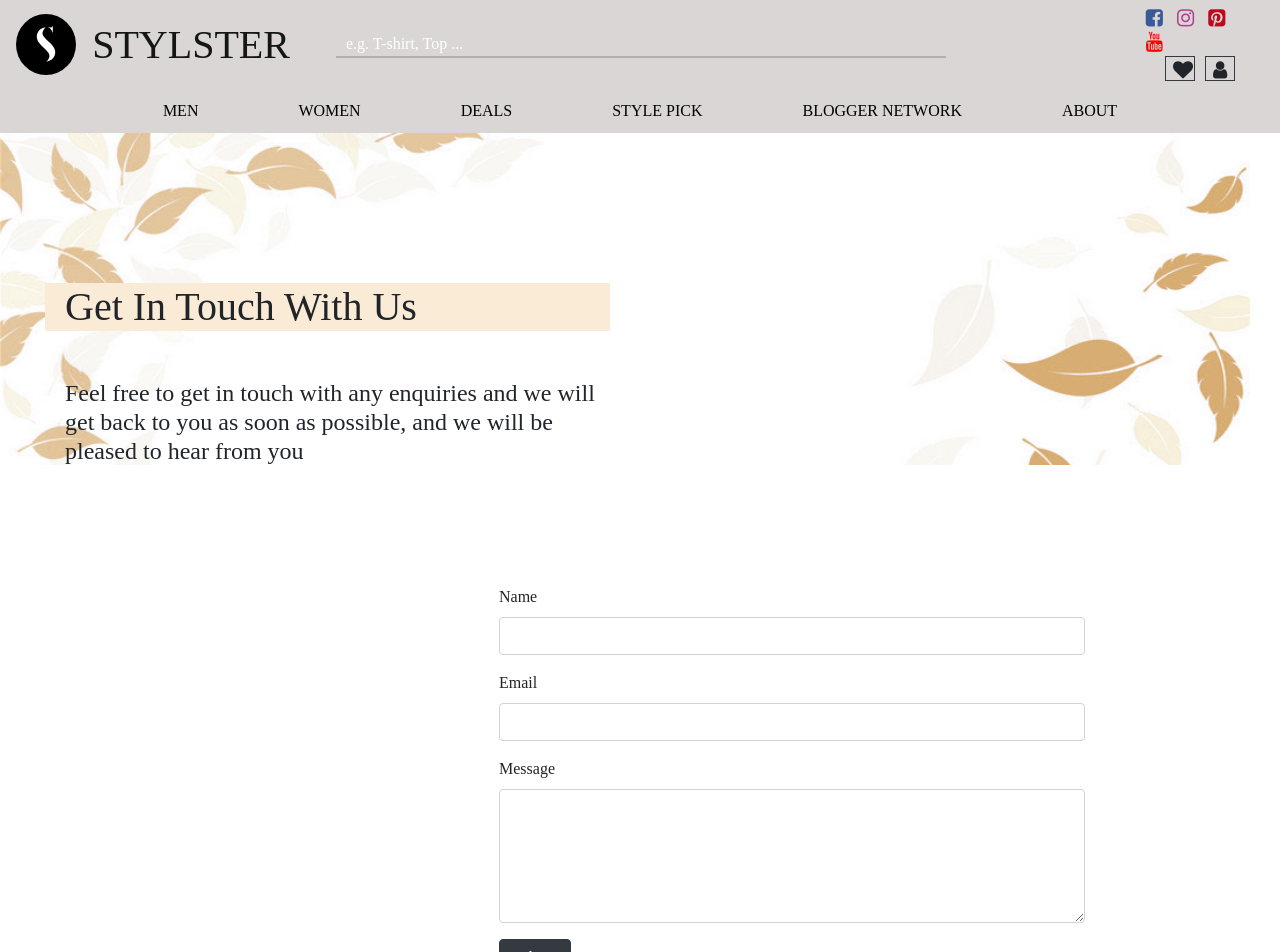
Repository: Lovekr/stylester
Page: stylster_frontend_design/contact.html
The author's editor kept a copy of each file at every save. The page is drawn from the files as they stood at one save, then again after the next save.
The browser window is 1280 px wide. The pictures show the part of the page from y = 0 to 952 px (the page is 1961 px tall).
A picture or video elsewhere on the page could not be fetched, so the positions and the page height are approximate. Some web fonts or font styles are not loaded; a fallback is used.

Above is the page before, as saved 2020-03-04 10:33:49.

### stylster_frontend_design/contact.html
<!DOCTYPE html>
<html lang="en">
<head>
    <meta charset="UTF-8">
    <meta name="viewport" content="width=device-width, initial-scale=1.0">
    <link rel="stylesheet" href="https://stackpath.bootstrapcdn.com/bootstrap/4.4.1/css/bootstrap.min.css" >
     <link rel="stylesheet" href="./css/owl.carousel.css">
     <link rel="stylesheet" href="./css//owl.theme.default.min.css">
     <link rel="stylesheet" href="https://cdnjs.cloudflare.com/ajax/libs/font-awesome/4.7.0/css/font-awesome.min.css">
    <link rel="stylesheet" href="./css/contact.css">
    <title>STYLSTER</title>
</head>
<body>



    <div id="navbar">
        <nav class="navbar navbar-expand-lg navbar-light">
            <img class="pr-3"  src="./asset/stylster logo1-01.svg"><a class="navbar-brand" href="#">STYLSTER</a>

          <button class="navbar-toggler" type="button" data-toggle="collapse" data-target="#navbarSupportedContent" aria-controls="navbarSupportedContent" aria-expanded="false" aria-label="Toggle navigation">
            <span class="navbar-toggler-icon"></span>
        </button>
            <div class="collapse navbar-collapse" id="navbarSupportedContent">
              <input type="text" placeholder="e.g. T-shirt, Top ...">
              <div class="navbar-manu-inside">
                <a href="#">MEN</a>
                <a href="#">WOMEN</a>
                <a href="#">DEALS</a>
                <a href="#">STYLE PICK</a>
                <a href="#">BLOGGER NETWORK</a>
                <a href="#">ABOUT</a>
              </div>
              <div class="displaynone1000">
                <div>
                    <i class="fa fa-facebook-square"></i>
                    <i class="fa fa-instagram"></i>
                    <i class="fa fa-pinterest-square"></i>
                    <i class="fa fa-youtube"></i>
                  </div>
                  <div class="flexIcon">
                    <i class="fa fa-heart border border-dark"></i>
                    <i class="fa fa-user border border-dark"></i>
                  </div>
              </div>
            </div>

        </nav>
        <div class="navbar-manu">
          <a href="#">MEN</a>
          <a href="#">WOMEN</a>
          <a href="#">DEALS</a>
          <a href="#">STYLE PICK</a>
          <a href="#">BLOGGER NETWORK</a>
          <a href="#">ABOUT</a>
        </div>
    </div>





    <div class="container-fluid contactUs">
       <div class="row backgroundimg">
           <div class="col-md-6 col-sm-12">
                <div class="Touch">
                    <div class="bgpinK">
                        <h1 class=" my-5">Get In Touch With Us</h1>
                    </div>
                    <h4>Feel free to get in touch with any enquiries and we will get back to you as soon as possible, and we will be pleased to hear from you</h4>
                </div>
            </div>
       </div>
       <div class="row px-4 ">
        <img class="imgPhn" >
           <div class="col-md-3 col-sm-12 pad-30">
            <!-- <img src="./asset/phone-01.svg"> -->
           </div>
           <div class="col-md-6 col-sm-12">
            <form>
                <div class="form-group">
                  <label for="exampleInputEmail1">Name</label>
                  <input type="email" class="form-control" id="exampleInputEmail1" aria-describedby="emailHelp" placeholder="Name">

                </div>
                <div class="form-group">
                  <label for="exampleInputPassword1">Email</label>
                  <input type="password" class="form-control" id="exampleInputPassword1" placeholder="Email">
                </div>
                <div class="form-group">
                    <label for="exampleFormControlTextarea1">Message</label>
                    <textarea class="form-control" id="exampleFormControlTextarea1" rows="5"></textarea>
                  </div>

                <button type="submit" class="btn btn-dark">Submit</button>
              </form>
           </div>
       </div>
    </div>

    <div id="Social" class="container">
        <div class="row">

                    <div class="col-md-4 col-sm-12">
                        <img class="img-fluid" src="https://images.unsplash.com/photo-1505156868547-9b49f4df4e04?ixlib=rb-1.2.1&ixid=eyJhcHBfaWQiOjEyMDd9&auto=format&fit=crop&w=359&q=80">
                    </div>
                    <div class="col-md-6 col-sm-12">
                        <div class="Touch">
                            <div class="bgpinK">
                                <h1 class=" my-3 text-center">Our Socials</h1>

                            </div>
                            <hr>
                            <h5>Feel free to get in touch with any enquiries and we will get back to you as soon as possible, and we will be pleased to hear from you</h4>

                            <h5>Feel free to get in touch with any enquiries and we will get back to you as soon as possible, and we will be pleased to hear from you</h4>

                            <h5>Feel free to get in touch with any enquiries and we will get back to you as soon as possible, and we will be pleased to hear from you</h5>

                        </div>
                        <div class="socialIcon text-center">
                            <h4>Follow Us</h4>

                           <div class="mt-4">
                            <a href="#"><i class="fa fa-facebook-square fa-2x pr-2"></i></a>
                            <a href="#"><i class="fa fa-instagram fa-2x pr-2"></i></a>
                            <a href="#"><i class="fa fa-pinterest-p fa-2x"></i></a>
                            <a href="#"><i class="fa fa-youtube fa-2x "></i></a>

                           </div>
                        </div>
                    </div>

        </div>
    </div>


    <div id="footer" class="container-fluid">
      <div class="row">
          <div class="col-xs-12 col-sm-6 col-md-3 rline">
            <h3 class="footer-stylster"><img class="pr-3" src="./asset/stylster logo1-01.svg">STYLSTER</h1>


          </div>
          <div class="col-xs-12 col-sm-6 col-md-3 rline rline3">
              <h3>CUSTOMER CARE</h3>
              <ul>
                  <li><a href="#">Shopping Policy ></a></li>
                  <li><a href="#">Return Policy ></a></li>
                  <li><a href="#">Contact Us ></a></li>
                  <li><a href="#">About Us ></a></li>
              </ul>

          </div>
          <div class="col-xs-12 col-sm-6 col-md-3 rline">
              <h3>VISIT OUR STORE</h3>
              <ul>
                  <li><a href="#">500 Terry Francois Street ></a></li>
                  <li><a href="#">San Francisco, CA 94158 ></a></li>

              </ul>
          </div>
          <div class="col-xs-12 col-sm-6 col-md-3 rline2">
              <h3>STAY CONNECTED</h3>
              <div class="mt-4">
                  <a href="#"><i class="fa fa-facebook-square fa-2x pr-2"></i></a>
                  <a href="#"><i class="fa fa-instagram fa-2x pr-2"></i></a>
                  <a href="#"><i class="fa fa-twitter-square fa-2x pr-2"></i></a>
                  <a href="#"><i class="fa fa-youtube fa-2x "></i></a>

              </div>
          </div>
      </div>
    </div>





    <script src="https://code.jquery.com/jquery-3.4.1.slim.min.js" ></script>
    <script src="https://cdn.jsdelivr.net/npm/popper.js@1.16.0/dist/umd/popper.min.js" ></script>
    <script src="https://stackpath.bootstrapcdn.com/bootstrap/4.4.1/js/bootstrap.min.js" ></script>
</body>
</html>

### stylster_frontend_design/css/contact.css
@import url('https://fonts.googleapis.com/css?family=Allerta+Stencil&display=swap');
html *
{
    font-family: 'Allerta Stencil';

}
*{
    margin: 0;
    padding: 0;
}
h1,h2,h3,h4,h5,h6,p{
    padding: 0px;
    margin: 0px;
}


/* navbar */

.hrcolor{
    color: black;
}


#navbar{
    background-color: rgb(218, 214, 214) !important;
}
#navbar .navbar-brand{
    font-size: 40px;
    font-weight: 500;
}
#navbar i{
    margin-right: 10px;
    font-size: 20px;
}

#navbar .nav-link{
    color: black;
    margin:0px 20px 0px 20px;
    text-decoration: underline;
    font-weight: 500;
}

.fa-facebook-square {
    color: #3b5998;
  }
.fa-instagram {
    color: #B43E8E;
}
.fa-pinterest-square {
    color: #bd081c;
}
.fa-pinterest-p {
    color: #bd081c;
}
.fa-youtube {
      color: #FF0000;
}
.fa-twitter-square {
    color: #1da1f2;
}

.flexIcon{
    display: flex;
    justify-content: center;
    width: 100%;
}
.flexIcon i{

   width: 30px;
   padding: 3px  7px;
   height: 25px;
}

#navbar input{
    width: 65%;
    margin:auto 200px auto 30px;
     outline: 0;
    border-width: 0 0 2px;
    border-color: rgb(179, 174, 174);
    background-color: rgb(218, 214, 214) !important;
}
::placeholder {
    color:white !important;
}
#navbar input:focus {
    border-color: black
  }
  #navbar input::placeholder{
      padding-left: 10px;
  }

.navbar-manu{
    display: flex;
    justify-content: center;
}
.navbar-manu a{
    margin: 10px 50px;
}
.navbar-manu a{
    color: black !important;
   font-weight: 500;
}
.navbar-manu a:hover{
    text-decoration: underline;
}
@media only screen and (min-width: 1000px){
    .navbar-manu-inside{
        display: none;
    }
}

@media only screen and (max-width: 1000px){
    .displaynone1000{
        display: none;
    }
    .navbar-manu{
        display: none;

    }

    .navbar-manu-inside {
        display: flex;
        flex-direction: column;
        margin: 20px 0px 20px 30px;
        padding: 20px 0px;
    }

    .navbar-manu-inside a{
            margin: 10px 0px;
            color: black !important;
            font-weight: 500;
    }

}
@media only screen and (max-width: 1024px){
    #navbar input {
    width: 50%;
    }
    .navbar-manu a {
        margin: 10px 20px;
    }
}

@media only screen and (max-width: 770px){
    #navbar input {
        width: 70%;
    }
}

@media only screen and (max-width: 450px){
    #navbar input {
        width: 100%;
        margin:auto;
        margin-top: 15px;
    }
}


@media only screen and (max-width: 500px){
   .bgpinK h1{
    font-size: 30px;
}


}
.backgroundimg {
    background: url("../asset/brown\ leaf-01.svg");
    background-size: cover;
    width: 100%;
}
.pad-30 {
    padding: 230px;
}
  .contactUs .Touch{
    margin-top: 150px ;
    padding-left: 30px;

  }

  .contactUs .Touch .bgpinK{
      background-color: antiquewhite;
  }

  .contactUs .Touch h1, .contactUs .Touch h4{
      padding-left: 20px;
  }
  form{
      margin-top: 120px;
  }
  #Social{
      margin-top: 150px;
  }
  #Social h5{
      padding-bottom: 30px;
  }
.Touch .bgpinK{
    background-color: antiquewhite;
}

.imgPhn{
    background: url(../asset/phone-01.svg);
    background-repeat: no-repeat;
    /* margin-top: 100px; */

}

.line11{
    border-bottom: 2px solid black;
    align-items: right;
    width: 700px;
    margin-top: -20px;
}



/* footer */


#footer .row{
    padding: 70px;

}

#footer{
    margin-top: 60px;
    background-color: rgb(228, 226, 225);
}
/* .footer-stylster{
    line-height: 0;
} */
#footer ul {
    list-style: none;
}
#footer a,#footer h3{
    color: gray;
}
#footer a:hover{
    color: black;
    font-weight: 500;
}

.rline{
    border-right: 1px solid gray;

}

#footer ul li{
    padding-bottom: 10px;
}
#footer h3{
    margin-bottom: 30px;
}

   /*accessories  */


   @media only screen and (max-width: 770px){

    #footer .row {
        padding: 30px;
    }

}

@media only screen and (max-width: 420px){
    .imgPhn {
        display: none !important;
    }
    .rline{
        border: none;
    }

}

Loaded but not shown: stylster_frontend_design/css/owl.carousel.css (library); stylster_frontend_design/css/owl.theme.default.min.css (common file)

After the next save:
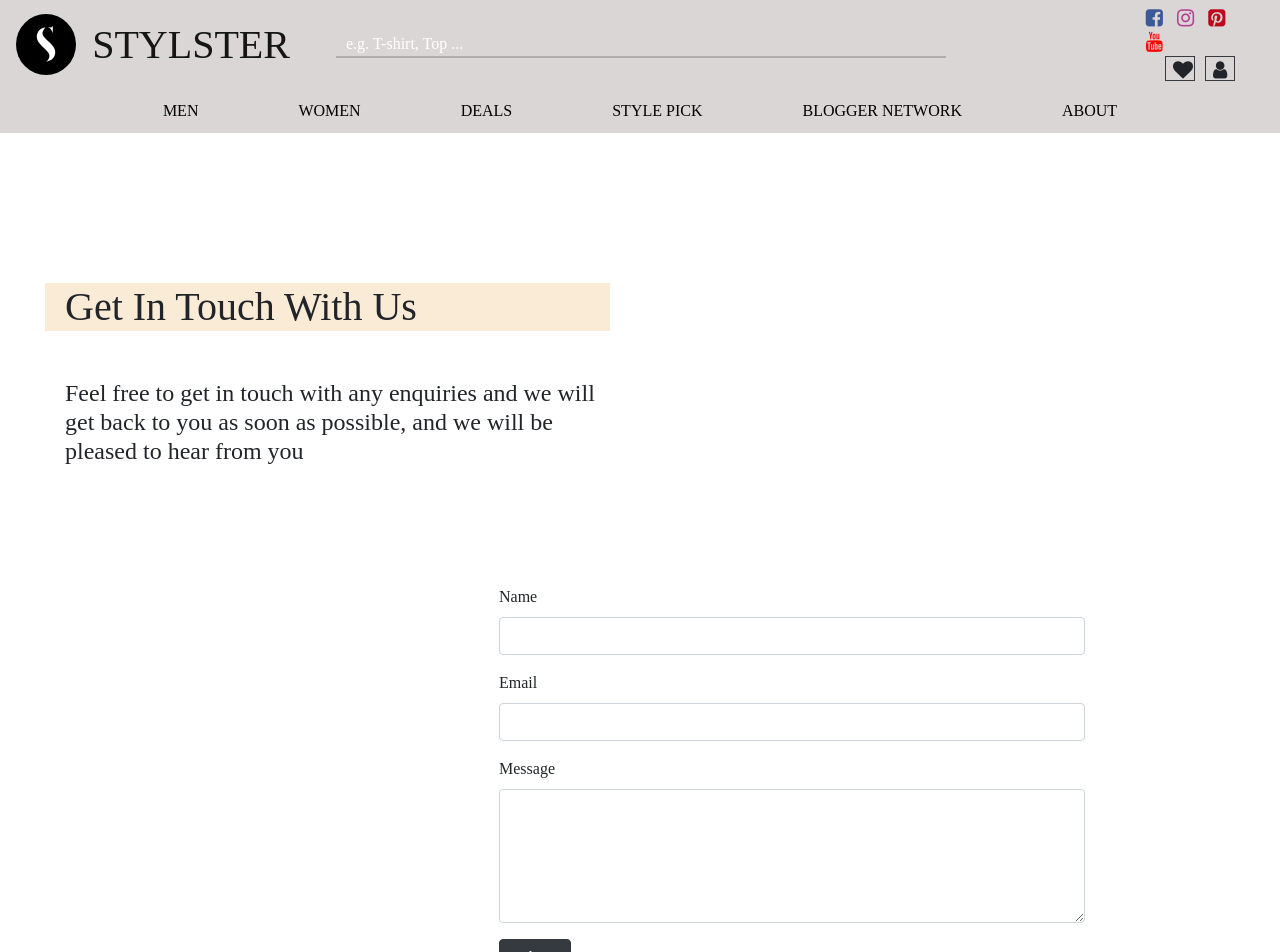
Not found: stylster_frontend_design/asset/BG contact us-01.svg
Saved 9 min 24 s later.
--- a/stylster_frontend_design/css/contact.css
+++ b/stylster_frontend_design/css/contact.css
@@ -164,7 +164,7 @@
 
 }
 .backgroundimg {
-    background: url("../asset/brown\ leaf-01.svg");
+    background: url("../asset/BG contact us-01.svg");
     background-size: cover;
     width: 100%;
 }
